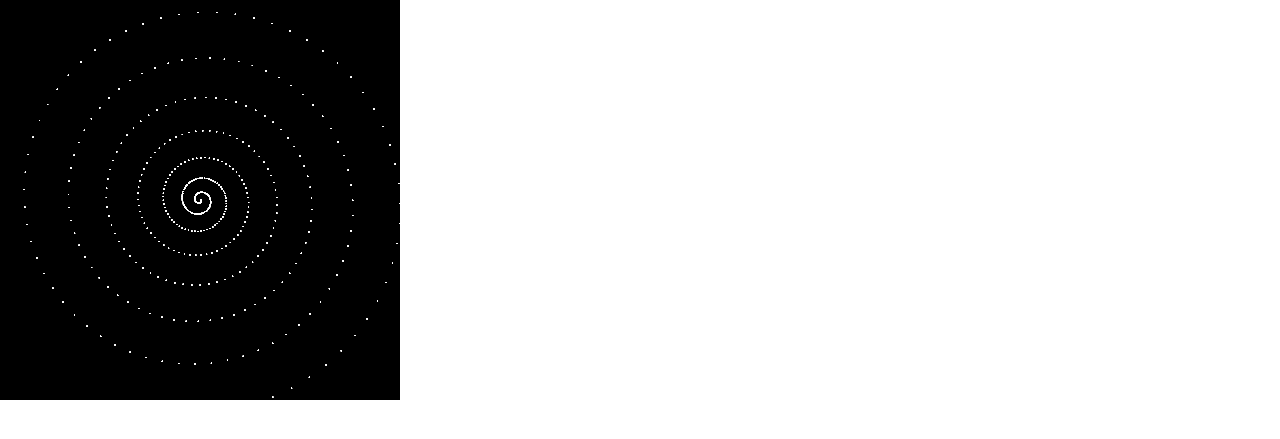
Repository: patriciqa/GenComp
Page: content/day03/clock/index.html
An editor plug-in stored every save of this project. The page is shown before and after the next save, followed by the edit.
The browser window is 1280 px wide. The pictures show the whole page.

Above is the page before, as saved 2021-10-01 10:41:03.

### content/day03/clock/sketch.js
function setup() {
  createCanvas(400, 400);
  background(0);
}


function draw() {
  spiraleLogarithmic(1, 1, 460);
}

function spiraleLogarithmic(radius, distance, size) {
  stroke(255);
  for (i = 0; i < size; i++) {
    angle = 0.1 * i;
    distance += 0.008;
    let x = 200 + (radius + distance * angle) * Math.cos(angle);
    let y = 200 + (radius + distance * angle) * Math.sin(angle);
    point(x, y);
  }
}

Loaded but not shown: content/day03/clock/index.html (common file); content/day03/clock/style.css (common file); content/day03/clock/libraries/p5.min.js (library); content/day03/clock/libraries/p5.sound.min.js (library)

After the next save:
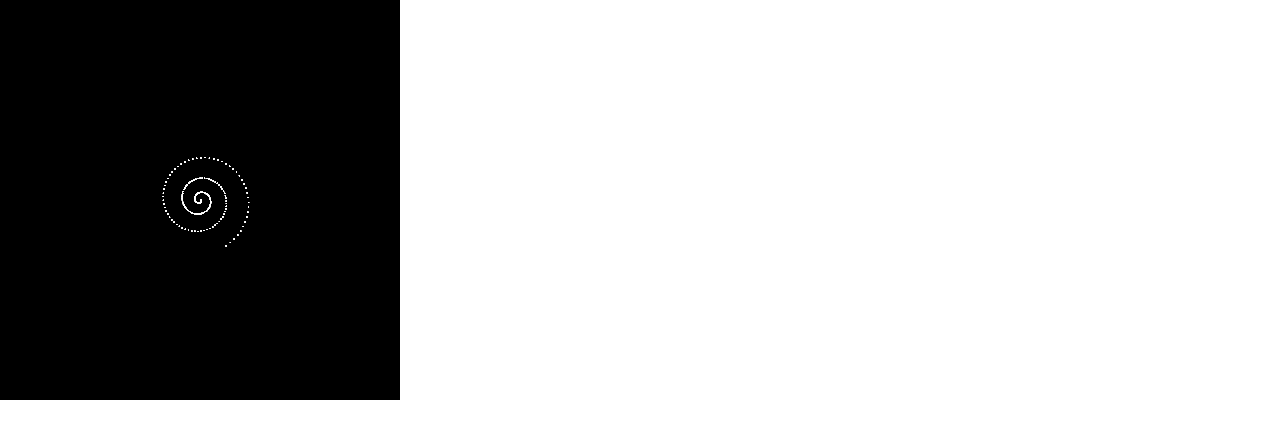
Saved 3 min 47 s later.
--- a/content/day03/clock/sketch.js
+++ b/content/day03/clock/sketch.js
@@ -5,7 +5,14 @@ function setup() {
 
 
 function draw() {
-  spiraleLogarithmic(1, 1, 460);
+  const now = new Date();
+  const [seconds, minutes, hours] = [
+    now.getSeconds(),
+    now.getMinutes(),
+    now.getHours(),
+  ];
+
+  spiraleLogarithmic(1, 1, 200);
 }
 
 function spiraleLogarithmic(radius, distance, size) {
